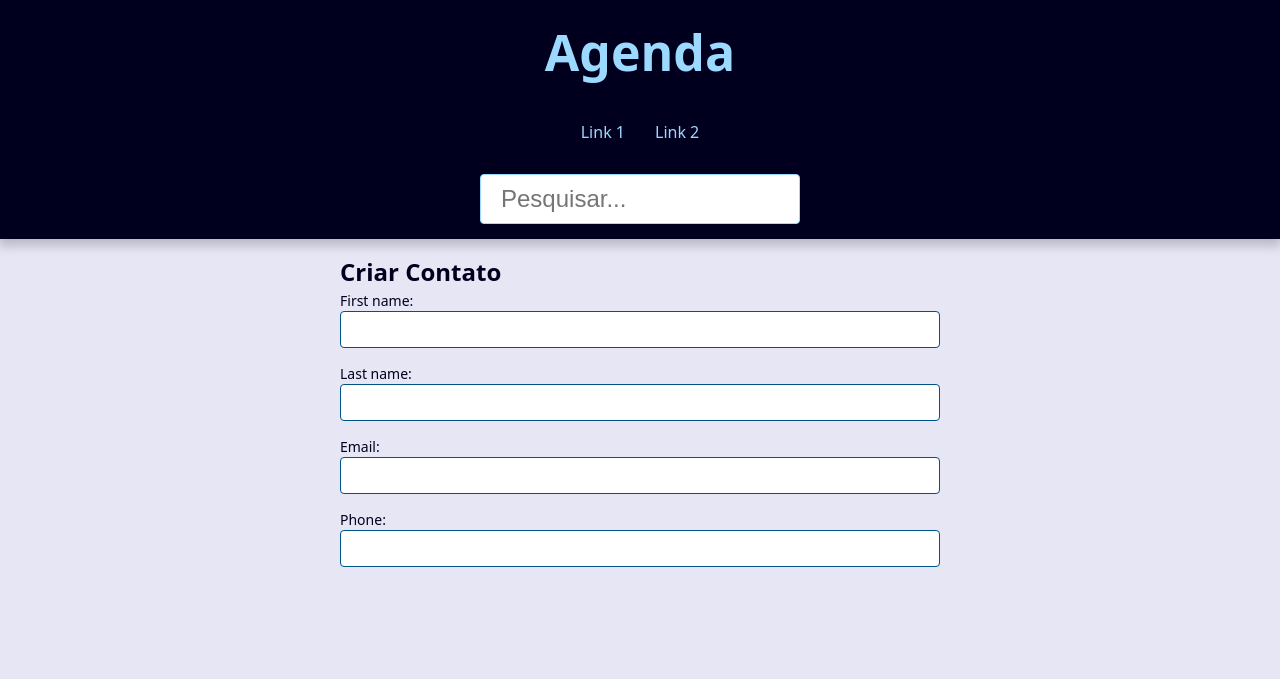
Repository: Anajuliabm248/Agenda
Page: http://localhost/contact/create/
These files come from the project's save history. The page is drawn as it stood at one moment and after a run of saves; the edit follows.
The browser window is 1280 px wide. The pictures show the whole page.
The page is served by the project's application, run on Django 5.2 (manage.py).

Above is the page before, as saved 2026-05-03 15:56:30.

After the next 2 saves:
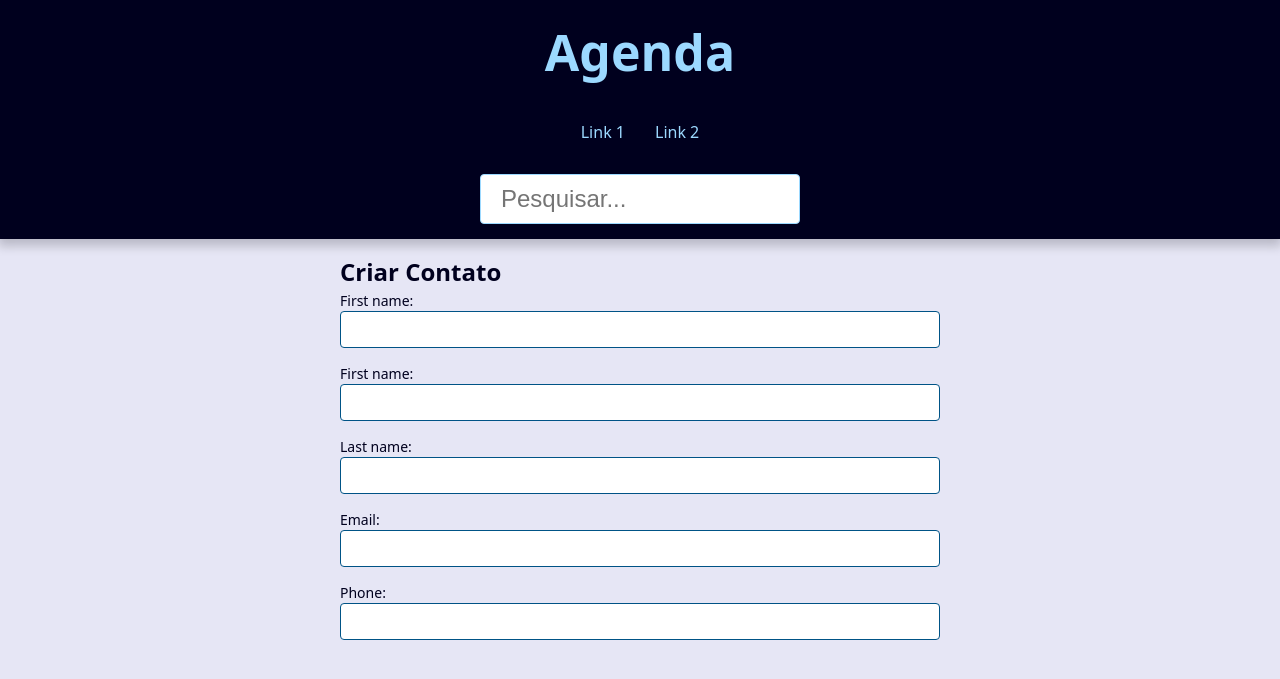
The 2 saves are shown as one change because they came seconds apart.
The last was saved 8 s later.
--- a/contact/templates/contact/create.html
+++ b/contact/templates/contact/create.html
@@ -10,7 +10,11 @@
         <!-- proteção contra ataques CSRF (Cross-Site Request Forgery) -->
         {% csrf_token %}
         <!-- cria os campos do formulário dinamicamente -->
-         <div>
+         <div class="form-group">
+                <label for="{{ form.first_name.id_for_label }}">{{ form.first_name.label }}:</label>
+                {{ form.first_name }}
+            </div>
+             <div class="form-group
         {% for field in form %}
             <div class="form-group">
                 <label for="{{ field.id_for_label }}">{{ field.label }}:</label>
